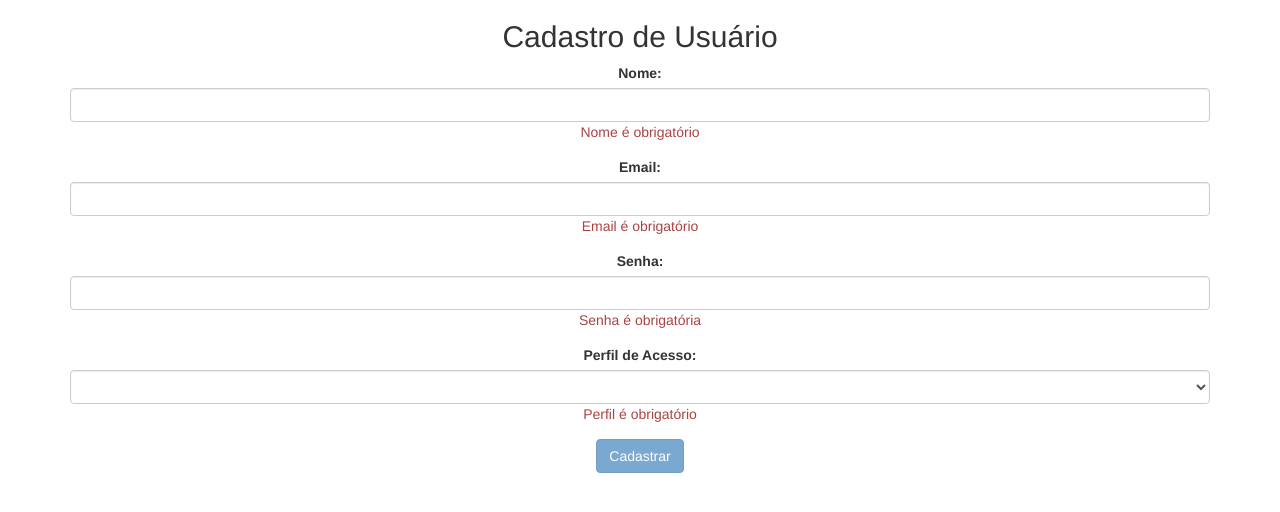
Repository: AndersonSchinemann/ProjetoSaas
Page: TopData/src/main/resources/static/views/cadastro.html
An editor plug-in stored every save of this project. The page is shown before and after the next save, followed by the edit.
The browser window is 1280 px wide. The pictures show the whole page.

Above is the page before, as saved 2023-11-13 15:12:08.

After the next save:
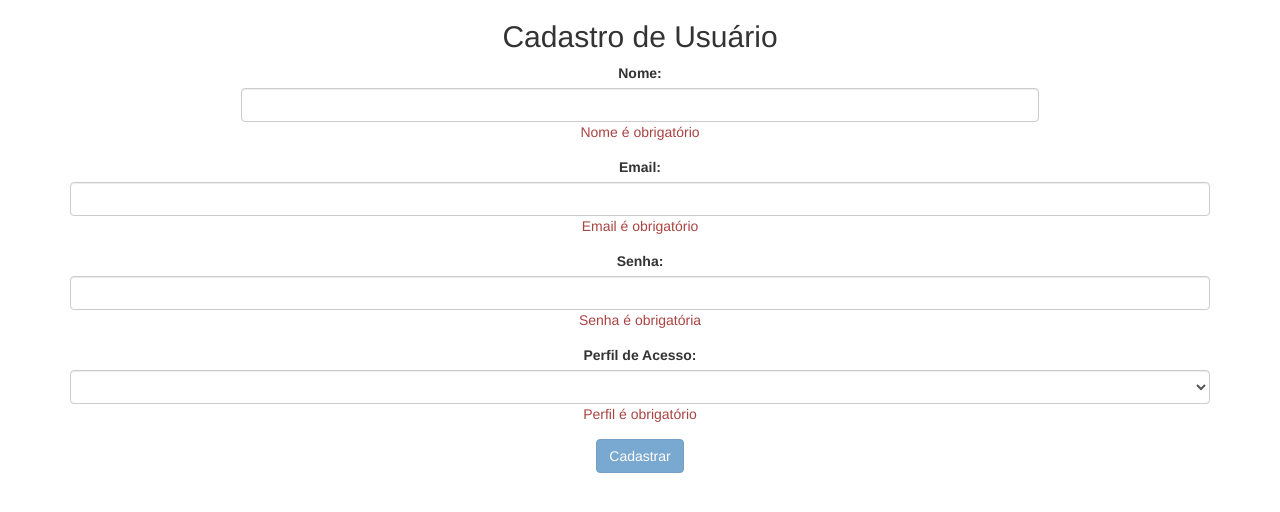
Saved 21 s later.
--- a/TopData/src/main/resources/static/views/cadastro.html
+++ b/TopData/src/main/resources/static/views/cadastro.html
@@ -8,7 +8,7 @@
 <style>
   /* Adicione um estilo personalizado para ajustar a largura dos inputs */
   .custom-width-input {
-    width: 100%; /* Largura desejada */
+    width: 70%; /* Largura desejada */
     margin: auto; /* Para centralizar horizontalmente */
   }
 </style>
